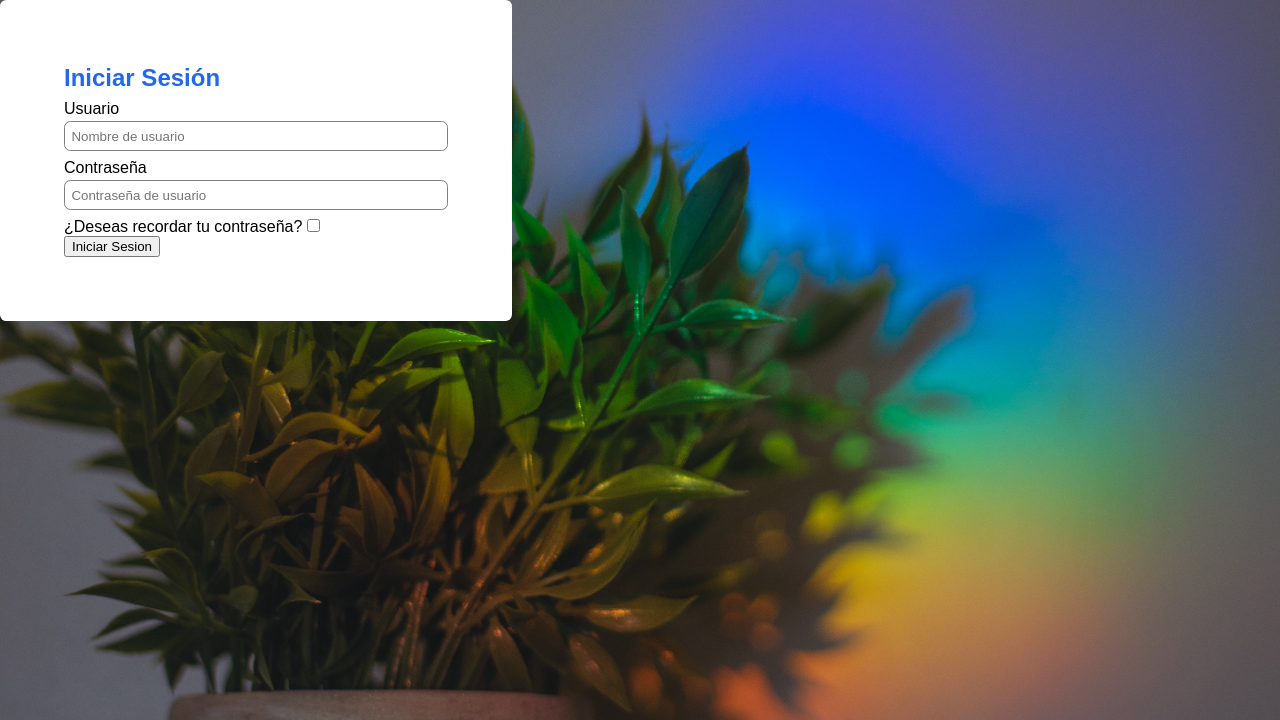
Repository: TzMichaelYT/ModuloHTMLCSS
Page: formularioHTML/index.html
These files come from the project's save history. The page is drawn as it stood at one moment and after the next save; the edit follows.
The browser window is 1280 px wide. The pictures show the whole page.

Above is the page before, as saved 2021-07-14 20:50:31.

### formularioHTML/index.html
<!DOCTYPE html>
<html lang="es">
  <head>
    <meta charset="UTF-8" />
    <meta http-equiv="X-UA-Compatible" content="IE=edge" />
    <meta name="viewport" content="width=device-width, initial-scale=1.0" />
    <title>Iniciar Sesion</title>

    <!-- Estilos CSS -->
    <link rel="stylesheet" href="./styles/styles.css">

  </head>
  <body class="bg-matica">
    <!-- Seccion login -->
    <section class="screen-form">
      <!-- Contenedor del formulario -->
      <div class="bg-white form-container">
        <form>
          <!-- Contenedor del titulo -->
          <div>
            <h1 class="header-color">Iniciar Sesi&oacute;n</h1>
          </div>

          <!-- Inputs de inicio de sesion-->
          <div class="input-container">
            <label for="usuario">Usuario</label>
            <input type="text" id="usuario" placeholder="Nombre de usuario" />
          </div>

          <div class="input-container">
            <label for="password">Contraseña</label>
            <input
              type="password"
              id="password"
              placeholder="Contraseña de usuario"
            />
          </div>

          <div class="checkbox-container">
            <label for="check">¿Deseas recordar tu contraseña?</label>
            <input type="checkbox" id="check" />
          </div>

          <div class="btn-login">
              <button type="submit">Iniciar Sesion</button>
          </div>
        </form>
      </div>
    </section>
  </body>
</html>

### formularioHTML/styles/styles.css
/*Estilos Genarales*/
* {
    font-family: Arial, Helvetica, sans-serif;
    margin: 0;
}

/* Color del titulo */
.header-color {
    color: #2168ec;
}

/* Imagen de fondo */
.bg-matica {
    background-image: url('../img/matica.jpg');
    background-size: cover;
    background-repeat: no-repeat;
    background-position-y: 40%;
}
/* contendedor formulario */

.bg-white {
    background-color: #fff;
}

.form-container {
    padding: 4rem;
    width: 30%; /* tamaño del formulario */
    border-radius: 0.4rem;
    /*display: flex;
    justify-content: center;
    flex-direction: column;*/
}

/* contenedores de inputs */
.input-container {
    margin-top: 0.5rem;
    display: flex;
    flex-direction: column;
}

.input-container input {
    border-radius: 0.4rem;
    border: solid 0.1rem gray;
    padding: 0.4rem;
    margin-top: 0.2rem;
}

.checkbox-container {
    margin-top: 0.5rem;
}

/* estilos de botones */
.

/*Alineacion Formulario*/

After the next save:
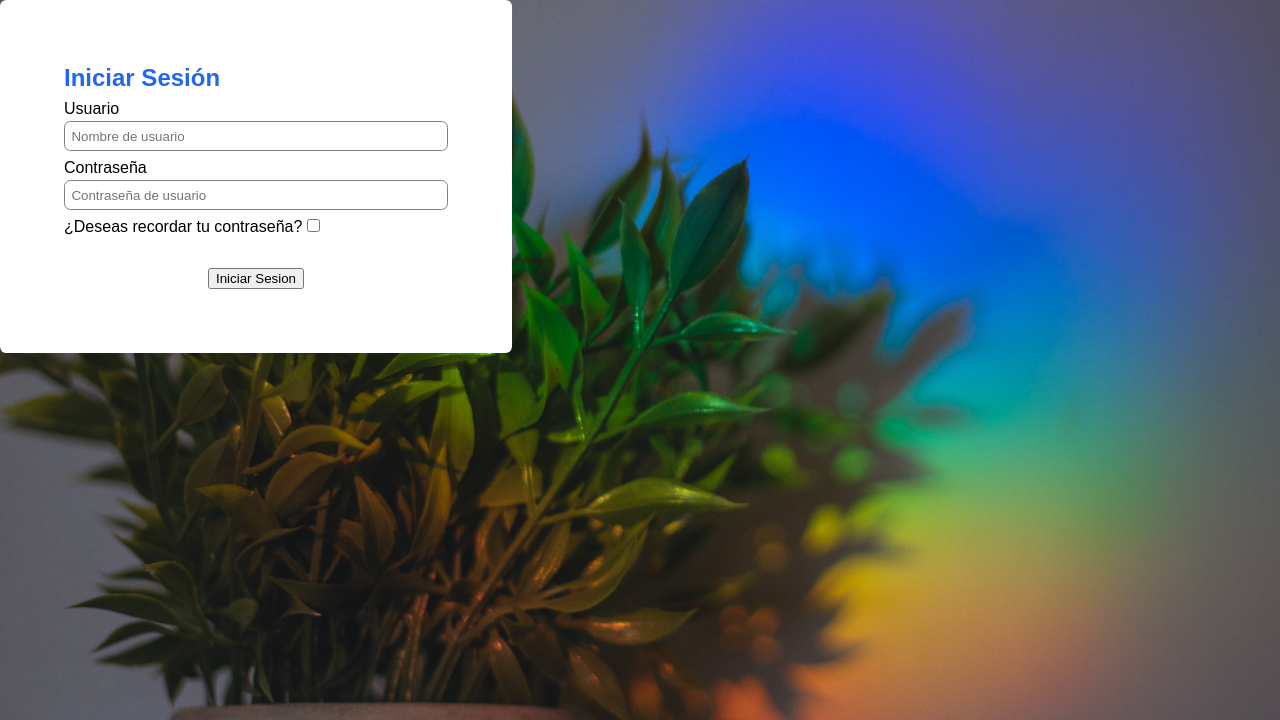
Saved 68 s later.
--- a/formularioHTML/styles/styles.css
+++ b/formularioHTML/styles/styles.css
@@ -50,6 +50,10 @@
 }
 
 /* estilos de botones */
-.
+.btn-login {
+    margin-top: 2rem;
+    display: flex;
+    justify-content: center;
+}
 
 /*Alineacion Formulario*/

After the save that followed:
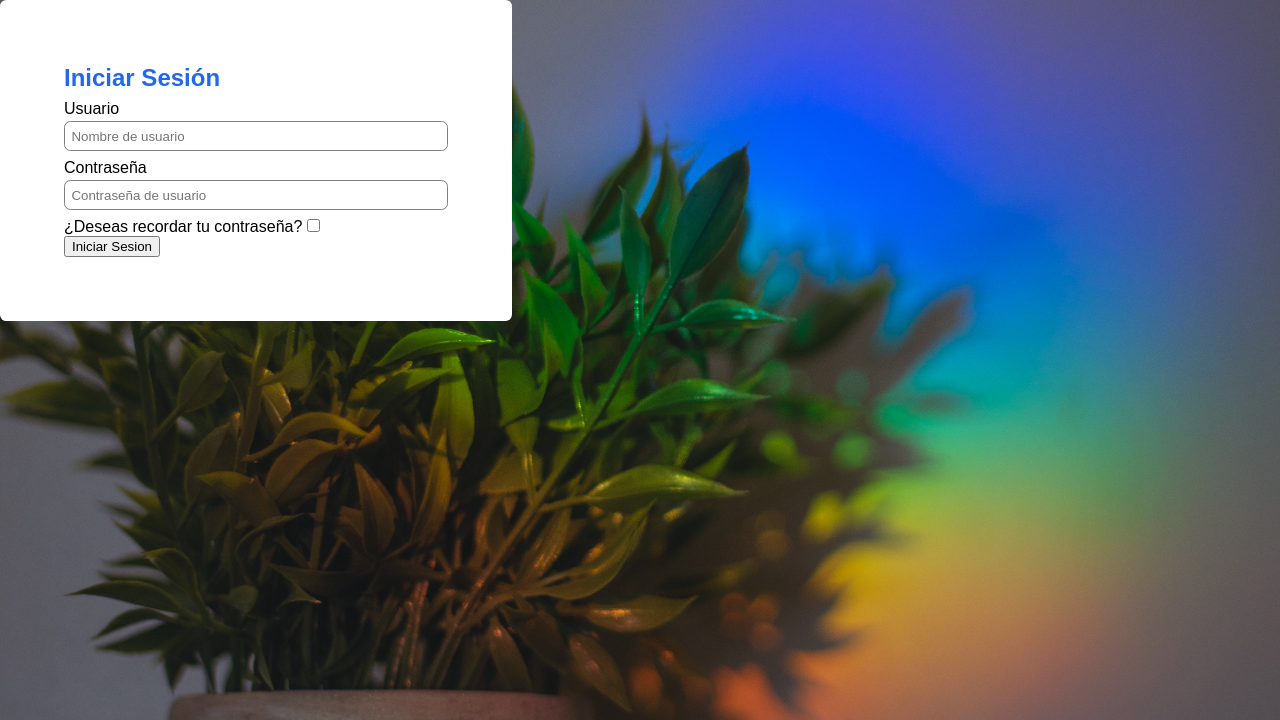
Saved 33 s later.
--- a/formularioHTML/index.html
+++ b/formularioHTML/index.html
@@ -41,7 +41,7 @@
             <input type="checkbox" id="check" />
           </div>
 
-          <div class="btn-login">
+          <div class="btn-login-conatiner">
               <button type="submit">Iniciar Sesion</button>
           </div>
         </form>
